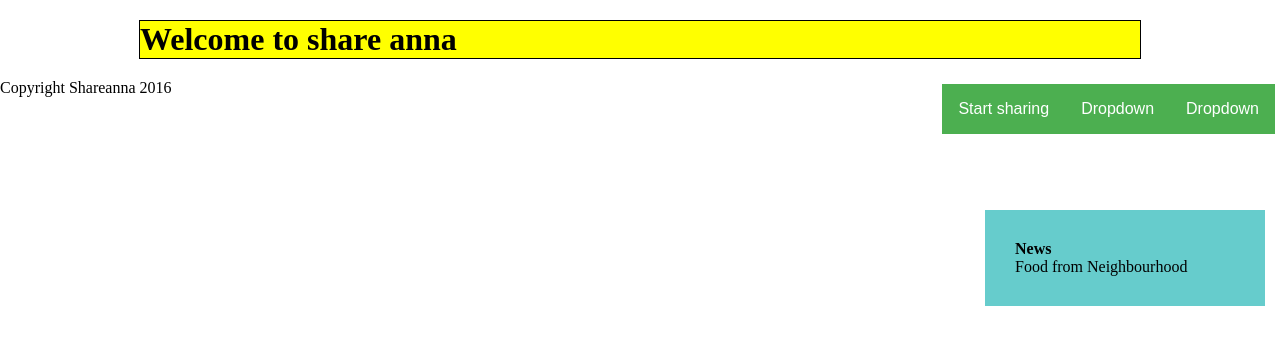
Repository: navigator007/shareanna
Page: practiceSpringMVC_1/src/main/webapp/home.html
An editor plug-in stored every save of this project. The page is shown before and after the next save, followed by the edit.
The browser window is 1280 px wide. The pictures show the whole page.

Above is the page before, as saved 2016-08-20 23:11:10.

### practiceSpringMVC_1/src/main/webapp/home.html
<!DOCTYPE html>
<html lang="en">
<head>
<meta charset="UTF-8">
<title>take-away, food sharing</title>
<link rel="stylesheet" href="css/home.css">
</head>
<body>
	<div id="main_header">
		<header>
			<h1>Welcome to share anna</h1>
		</header>
	</div>
	<div>
	<ul class = "menu_dropdown">
		<li>
			<div class="dropdown">
				<button class="dropbtn">Start sharing</button>
				<div class="dropdown-content">
					<a href="#">You can share your food easily in your neighbourhood</a>
				</div>
			</div>
		</li>
		<li>
			<div class="dropdown">
				<button class="dropbtn">Dropdown</button>
				<div class="dropdown-content">
					<a href="#">Link 1</a>
					 <a href="#">Link 2</a>
					 <a href="#">Link3</a>
				</div>
			</div>
		</li>
		<li>
			<div class="dropdown">
				<button class="dropbtn">Dropdown</button>
				<div class="dropdown-content">
					<a href="#">Link 1</a>
					 <a href="#">Link 2</a>
					 <a href="#">Link3</a>
				</div>
			</div>
		</li>
	</ul>
	</div>
	<div id="section">
		<section>
			<aside>
				<h4>News</h4>
				Food from Neighbourhood
			</aside>
		</section>
	</div>
	<footer> Copyright Shareanna 2016 </footer>
</body>
</html>

### practiceSpringMVC_1/src/main/webapp/css/home.css
@CHARSET "UTF-8";
*{
	margin:0px;
	padding: 0px;
}
header ,section, footer, aside, nav, article, hgroup{
	display:block;
}
body{
	text-align:left;
}
#main_header{
	border: 1px solid black;
	width: 1000px;
	margin: 20px auto;
	background: yellow;
	text-decoration: blink;
}

#section{
	position: fixed;
	float: left;
	width: 220px;
	margin: 20px 0px;
	padding: 30px;
	background: #66cccc;
	top: 190px;
	right: 15px
}
/* Dropdown button section -- start */
.dropbtn {
    background-color: #4CAF50;
    color: white;
    padding: 16px;
    font-size: 16px;
    border: none;
    cursor: pointer;
}
.dropdown {
    position: relative;
    display: inline-block;
}
.dropdown-content {
    display: none;
    position: absolute;
    background-color: #f9f9f9;
    min-width: 130px;
    box-shadow: 0px 8px 16px 0px rgba(0,0,0,0.2);
}
.dropdown-content a {
    color: black;
    padding: 12px 16px;
    text-decoration: none;
    display: block;
}
.dropdown-content a:hover {background-color: #f1f1f1}

.dropdown:hover .dropdown-content {
    display: block;
}

.dropdown:hover .dropbtn {
    background-color: #3e8e41;
}
.menu_dropdown{
	margin: 0;
    padding: 5px;
    float: right;
    list-style-type: none;
    right: 330px;
}

.menu_dropdown li{
	float: left;
}
.menu_dropdown a{
	display: block;
	background-color: #dddddd;
}

After the next save:
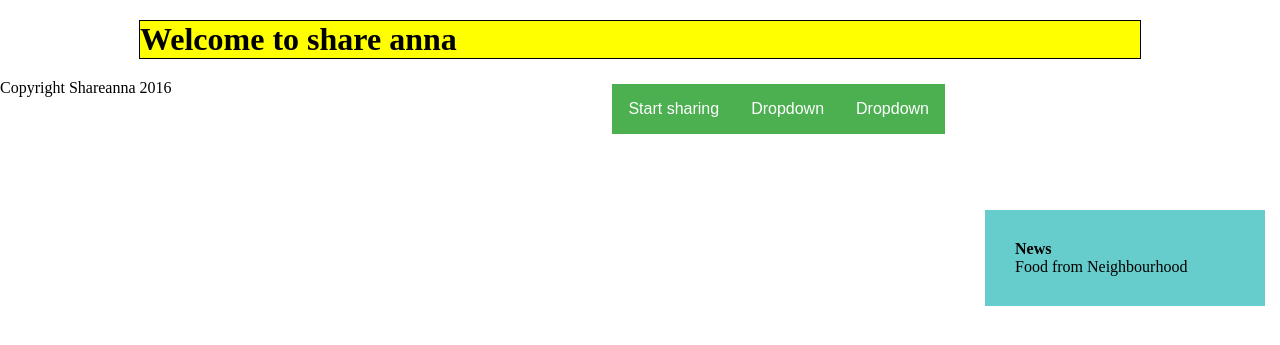
Saved 18 s later.
--- a/practiceSpringMVC_1/src/main/webapp/css/home.css
+++ b/practiceSpringMVC_1/src/main/webapp/css/home.css
@@ -65,6 +65,7 @@ body{
 .menu_dropdown{
 	margin: 0;
     padding: 5px;
+    position: fixed;
     float: right;
     list-style-type: none;
     right: 330px;
